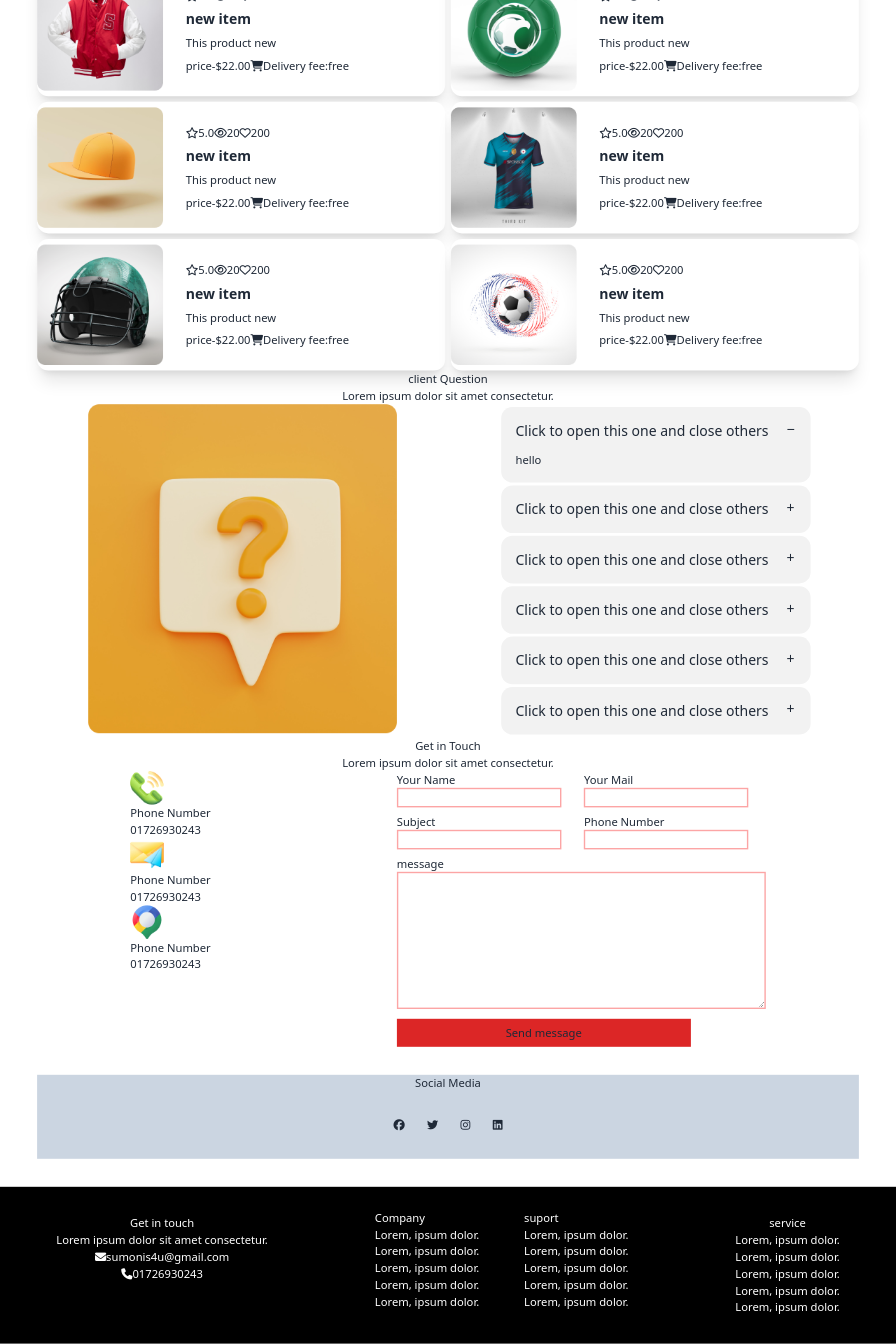
Repository: sumonkumarsarkar/bd-hockeys-team
Page: index.html
The author's editor kept a copy of each file at every save. The page is drawn from the files as they stood at one save, then again after the next save.
The browser window is 1280 px wide. The pictures show the part of the page from y = 2028 to 3948 px (the page is 3948 px tall), at 70% of full size.
Some web libraries are served in a nearby version.

Above is the page before, as saved 2024-01-24 10:54:01.

After the next save:
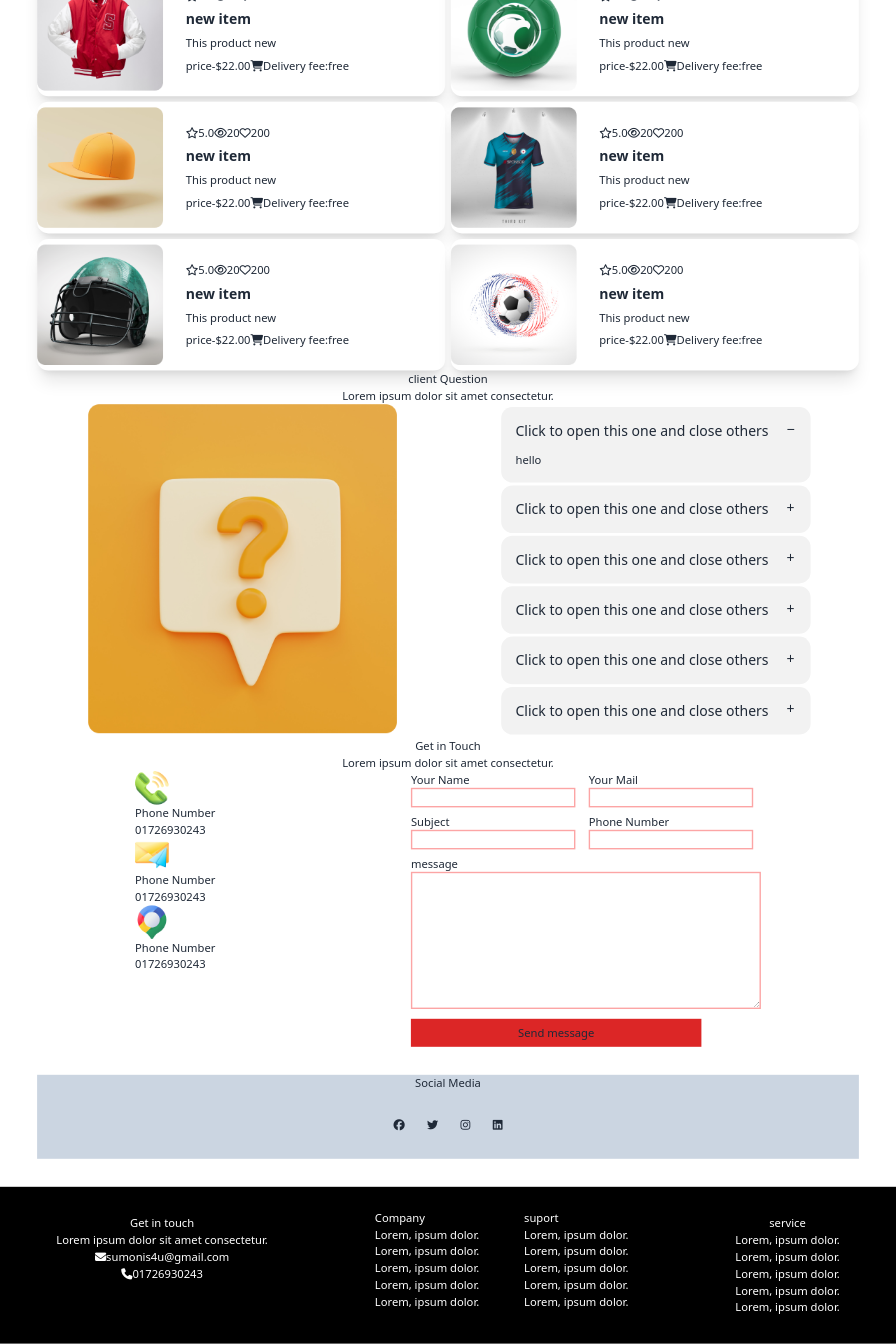
Saved 47 s later.
--- a/index.html
+++ b/index.html
@@ -523,11 +523,11 @@
 <div class="col-span-2">
     <form >
         <label for="number">message</label><br>
-        <textarea class="border-2 border-red-300" name=" message" id="" cols="55" rows="8"></textarea>
+        <textarea class="border-2 border-red-300" name=" message" id="" cols="52" rows="8"></textarea>
     </form>
 </div>
 <div class="col-span-2">
-    <button class="p-2 bg-red-600 w-[420px] " type="button">Send message</button>
+    <button class="p-2 bg-red-600 w-[415px] " type="button">Send message</button>
 </div>
 
 
